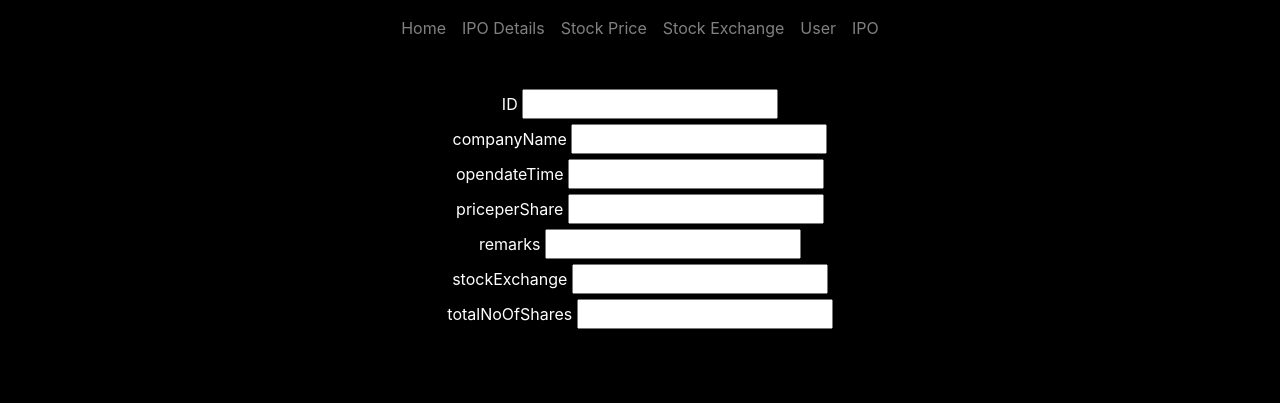
Repository: Gurudutt-S/cts-training
Page: http://localhost/StockExchangeChartingWeb/WEB-INF/views/ipos.jsp
An editor plug-in stored every save of this project. The page is shown before and after the next save, followed by the edit.
The browser window is 1280 px wide. The pictures show the whole page.
The page is served by Tomcat 9. Nobody is signed in. Other server files are loaded and not shown. The template is opened directly, without the code that normally fills it, so the values that code supplies are empty.

Above is the page before, as saved 2020-02-12 06:23:54.
Console error (its wording comes from the project's code and is left out).

### Day_36/StockExchangeChartingWeb/src/main/webapp/WEB-INF/views/ipos.jsp
<%@include file="header.jsp" %>
<%@taglib uri="http://www.springframework.org/tags/form" prefix="form" %>
<%@taglib uri="http://java.sun.com/jsp/jstl/core" prefix="c"%>

	<form:form action="" modelAttribute="ipo">

		<div>
			<form:label path="id">ID</form:label>
			<form:input path="id"/>
		</div>
		<div>
			<form:label path="companyName">companyName</form:label>
			<form:input path="companyName"/>
		</div>
		<div>
			<form:label path="opendateTime">opendateTime</form:label>
			<form:input path="opendateTime"/>
		</div>
		<div>
			<form:label path="priceperShare">priceperShare</form:label>
			<form:input path="priceperShare"/>
		</div>
		<div>
			<form:label path="remarks">remarks</form:label>
			<form:input path="remarks"/>
		</div>
		<div>
			<form:label path="stockExchange">stockExchange</form:label>
			<form:input path="stockExchange"/>
		</div>
		<div>
			<form:label path="totalNoOfShares">totalNoOfShares</form:label>
			<form:input path="totalNoOfShares"/>
		</div>

	</form:form>

</body>
</html>

### Day_36/StockExchangeChartingWeb/src/main/webapp/WEB-INF/views/header.jsp
<%@ page isELIgnored="false"%>
<%@ taglib uri="http://java.sun.com/jsp/jstl/core" prefix="c"%>
<html>
<head>
<link rel="stylesheet"
	href="https://stackpath.bootstrapcdn.com/bootstrap/4.4.1/css/bootstrap.min.css"
	integrity="sha384-Vkoo8x4CGsO3+Hhxv8T/Q5PaXtkKtu6ug5TOeNV6gBiFeWPGFN9MuhOf23Q9Ifjh"
	crossorigin="anonymous">
<script
	src="https://stackpath.bootstrapcdn.com/bootstrap/4.4.1/js/bootstrap.min.js"
	integrity="sha384-wfSDF2E50Y2D1uUdj0O3uMBJnjuUD4Ih7YwaYd1iqfktj0Uod8GCExl3Og8ifwB6"
	crossorigin="anonymous"></script>


</head>
<body style="color: white; background-color: black; text-align: center;">

	<nav class="navbar navbar-expand-lg navbar-dark ">
		<div class="collapse navbar-collapse">
			<ul class="navbar-nav mx-auto">
				<li class="nav-item"><a href="home" class="nav-link">Home</a></li>
				<li class="nav-item"><a href="ipoDetails" class="nav-link">IPO
						Details</a></li>
				<li class="nav-item"><a href="stockPrice" class="nav-link">Stock
						Price</a></li>
				<li class="nav-item"><a href="stockExchange" class="nav-link">Stock
						Exchange</a></li>
				<li class="nav-item"><a href="user-home" class="nav-link">User
						</a></li>
				<li class="nav-item"><a href="ipo-home" class="nav-link">IPO
						</a></li>
			</ul>
		</div>
	</nav>

	<hr>

</body>
</html>

After the next save:
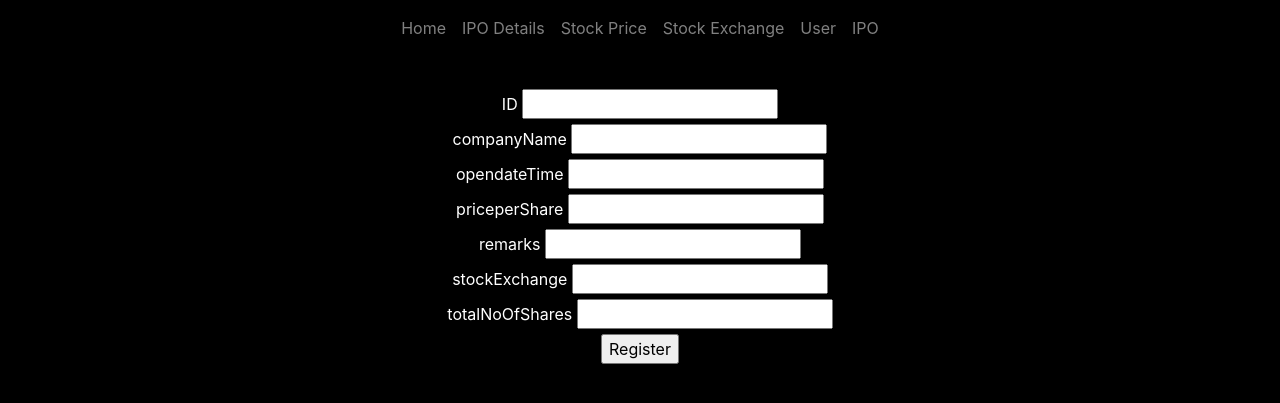
Saved 28 s later.
--- a/Day_36/StockExchangeChartingWeb/src/main/webapp/WEB-INF/views/ipos.jsp
+++ b/Day_36/StockExchangeChartingWeb/src/main/webapp/WEB-INF/views/ipos.jsp
@@ -33,6 +33,10 @@
 			<form:input path="totalNoOfShares"/>
 		</div>
 
+		<div>
+			<input type="submit" value="Register">
+		</div>
+
 	</form:form>
 
 </body>
